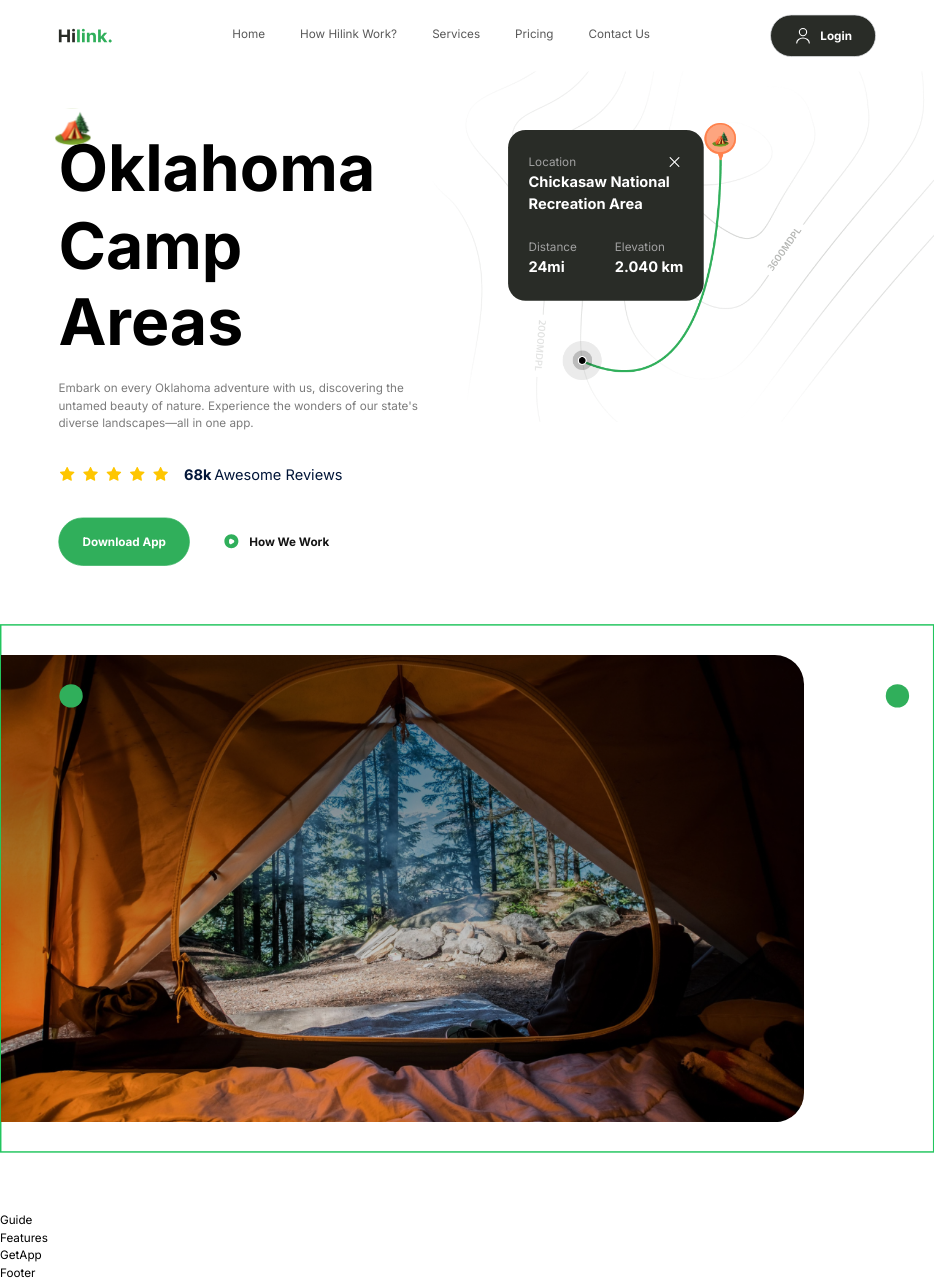
Repository: MikeeBuilds/camp
Page: /
An editor plug-in stored every save of this project. The page is shown before and after a run of saves, followed by the edit.
The browser window is 1280 px wide. The pictures show the whole page, at 73% of full size.
The project was rebuilt for these pictures with package versions that can differ from the ones it lists, and the page was loaded fresh each time. The framework's server and built-in components were replaced by stand-ins that run in the browser. Also part of the build but not shown: next.config.js.

Above is the page before, as saved 2023-11-24 22:07:58.

### app/layout.tsx
import type { Metadata } from 'next'

import './globals.css'
import Navbar from '@/components/Navbar'
import Footer from '@/components/Footer'


export const metadata: Metadata = {
  title: 'Travel',
  description: 'Travel UI/UX App for camping',
}

export default function RootLayout({
  children,
}: {
  children: React.ReactNode
}) {
  return (
    <html lang="en">
      <body className="">
        <Navbar/>
        <main className='relative overflow-hidden'>
        {children}
        </main>
        <Footer/>
      </body>
    </html>
  )
}

### app/page.tsx
import Camp from "@/components/Camp";
import Features from "@/components/Features";
import GetApp from "@/components/GetApp";
import Guide from "@/components/Guide";
import Hero from "@/components/Hero";

export default function Home() {
  return (
    <>
      <Hero/>
      <Camp/>
      <Guide/>
      <Features/>
      <GetApp/>
    </>
  )
}

### components/Navbar.tsx
import { NAV_LINKS } from '@/constants'
import Image from 'next/image'
import Link from 'next/link'
import Button from './Button'

const Navbar = () => {
    return (
        <nav className="flexBetween max-container padding-container relative z-30 py-5">
            <Link href="/">
                <Image src="/hilink-logo.svg" alt="logo" width={74} height={29} />
            </Link>

            <ul className="hidden h-full gap-12 lg:flex">
                {NAV_LINKS.map((link) => (
                    <Link href={link.href} key={link.key} className="regular-16 text-gray-50 flexCenter cursor-pointer pb-1.5 transition-all hover:font-bold">
                        {link.label}
                    </Link>
                ))}
            </ul>

            <div className='lg:flexCenter hidden'>
                <Button
                    type="button"
                    title="Login"
                    icon="/user.svg"
                    variant="btn_dark_green"
                />
            </div>

            <Image
                src="menu.svg"
                alt='menu'
                width={32}
                height={32}
                className='inline-block cursor-pointer lg:hidden'
            />
        </nav>
    )
}

export default Navbar

### components/Camp.tsx
import Image from "next/image";

interface CampProps {
  backgroundImage:string;
  title: string;
  subtitle: string;
  peopleJoined: string
}


const CampSite = ({ backgroundImage, title, subtitle, peopleJoined }: CampProps) => {
  return (
    <div className={`h-full w-full min-w-[1100px] ${backgroundImage} bg-cover bg-no-repeat lg:rounded-r-5xl 2xl:rounded-5xl`}>
      <div className="flex h-full flex-col items-start justify-between p-6 lg:px-20 lg:py-10">
        <div className="flex-center gap-4">
          <div className="rounded-full bg-green-50 p-4">
            <Image

            />
          </div>
        </div>
      </div>
    </div>
  )
};


const Camp = () => {
  return (
    <section className='border-2 border-green-500 2xl:max-container relative flex flex-col py-10 lg:mb-20 xl:mb-20'>
      <div className='hide-scrollbar flex h-[340px] w-full items-start justify-start gap-8 overflow-x-auto lg:h-[400px] xl:h-[640px]'>
        <CampSite
          backgroundImage="bg-bg-img-1"
          title="Ouachita National Forest"
          subtitle="Hodgen, OK"
          peopleJoined="50+ joined"
        />
        <CampSite/>
        <CampSite/>
      </div>
    </section>
  )
}

export default Camp

### components/Hero.tsx
import Image from 'next/image';
import React from 'react';
import Button from "./Button";

const Hero = () => {
  return (
    <section className=' max-container padding-container flex flex-col gap-20 py-10 pb-32 md:gap-28 lg:py-20 xl:flex-row'>
      <div className='hero-map' />

      {/* LEFT SIDE */}

      <div className='relative z-20 flex flex-1 flex-col xl:w-1/2'>
        <Image
          src="/camp.svg"
          alt='camp'
          height={50}
          width={50}
          className='absolute left-[-5px] top-[-30px] w-10 lg:w-[50px]'
        />

        <h1 className='bold-52 lg:bold-88'>
          Oklahoma Camp Areas
        </h1>
        <p className='regular-16 mt-6 text-gray-30 xl:max-w-[520px]'>
          Embark on every Oklahoma adventure with us, discovering the untamed beauty of nature.
          Experience the wonders of our state's diverse landscapes—all in one app.
        </p>
        <div className='my-11 flex flex-wrap gap-5'>
            <div className='flex items-center gap-2'>
              {Array(5).fill(1).map((_, index) => (
                <Image
                  src="/star.svg"
                  key={index}
                  alt='star'
                  height={24}
                  width={24}
                />
              ))}
            </div>

            <p className='bold-16 lg:bold-20 text-blue-70'>
              68k
              <span className='regular-16 lg:regular-20 ml-1'>Awesome Reviews</span>
            </p>
        </div>

        <div className='flex flex-col w-full gap-3 sm:flex-row'>
          <Button
            type='button'
            title='Download App'
            variant='btn_green'
          />
          <Button
          type='button'
          title='How We Work'
          icon='/play.svg'
          variant='btn_white_text'
        />
        </div>
      </div>

      <div className='relative flex flex-1 items-start'>
          <div className='relative z-20 flex w-[268px] flex-col gap-8 rounded-3xl bg-green-90 px-7 py-8'>


            <div className='flex flex-col'>
              <div className='flexBetween'>
                <p className='regu;ar-16 text-gray-20'>
                  Location
                </p>
                <Image
                  src="/close.svg"
                  alt='logo'
                  width={24}
                  height={24}
                />
              </div>
              <p className='bold-20 text-white'>Chickasaw National Recreation Area</p>
                </div>

              <div className='flexBetween'>
                <div className='flex flex-col'>
                  <p className='regular-16 block text-gray-20'>Distance</p>
                  <p className='bold-20 text-white'>24mi</p>
                </div>
                <div className='flex flex-col'>
                  <p className='regular-16 block text-gray-20'>Elevation</p>
                  <p className='bold-20 text-white'>2.040 km</p>
                </div>
              </div>
            </div>
          </div>
    </section>
  )
}

export default Hero

### components/Button.tsx
import Image from "next/image";

type ButtonProps = {
    type: 'button' | "submit";
    title: string;
    icon?: string;
    variant: 'btn_dark_green'
}


const button = ({ type, title, icon, variant}: ButtonProps) => {
  return (
    <button
        className={`flexCenter gap-3 rounded-full border ${variant}`}
        type={type}
    >
        {icon && <Image src={icon} alt={title} width={24} height={24}/>}
        <label className="bold-16 whitespace-nowrap">{title}</label>
    </button>
  )
}

export default button

Loaded but not shown: app/globals.css (common file); components/Footer.tsx (common file); components/Features.tsx (common file); components/GetApp.tsx (common file); components/Guide.tsx (common file); constants/index.ts (common file); tailwind.config.ts (common file)

After the next 11 saves:
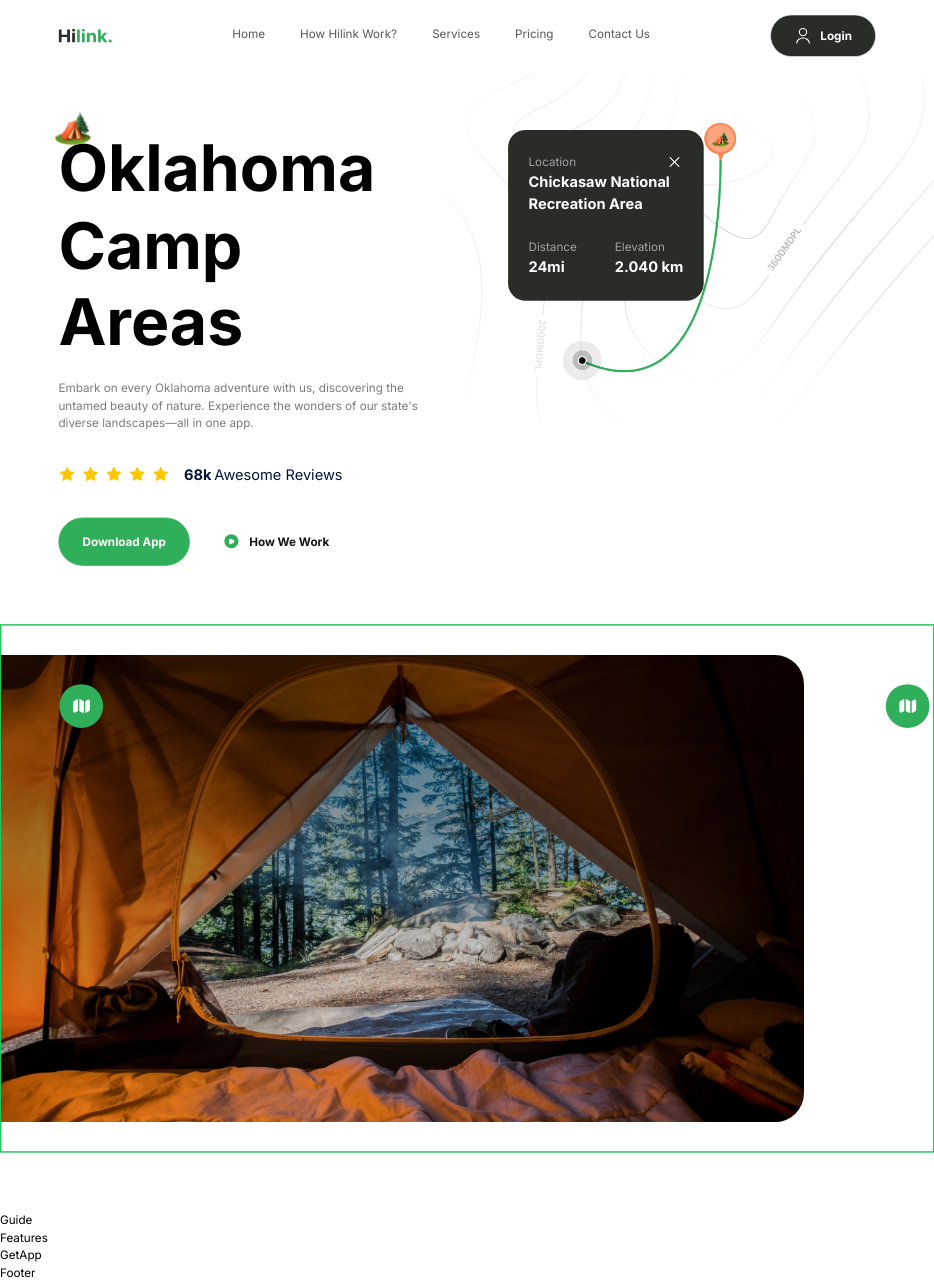
The 11 saves are shown as one change because 1 did not build or start and some came seconds apart.
The last was saved 29 s later.
--- a/components/Camp.tsx
+++ b/components/Camp.tsx
@@ -15,7 +15,10 @@ const CampSite = ({ backgroundImage, title, subtitle, peopleJoined }: CampProps)
         <div className="flex-center gap-4">
           <div className="rounded-full bg-green-50 p-4">
             <Image
-
+              src="/folded-map.svg"
+              alt="map"
+              width={28}
+              height={28}
             />
           </div>
         </div>
